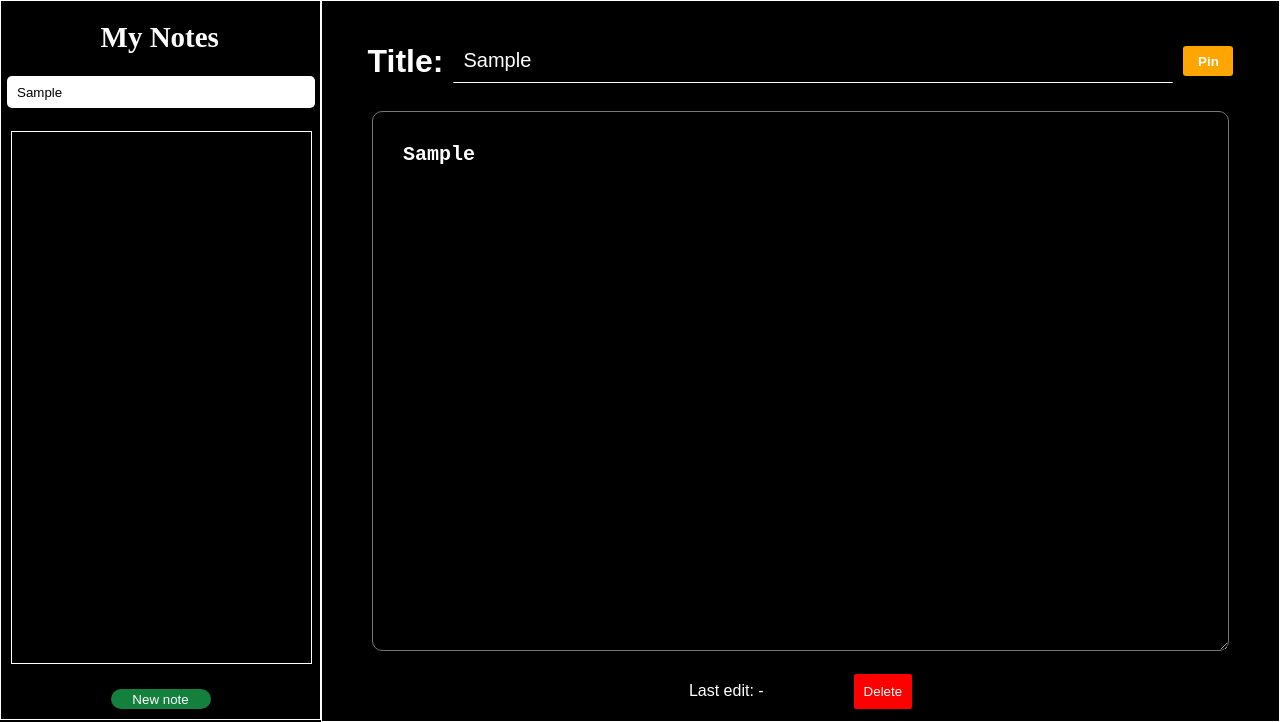
Repository: dmpelaez/myNotes
Page: QuickNotes.html
An editor plug-in stored every save of this project. The page is shown before and after the next save, followed by the edit.
The browser window is 1280 px wide. The pictures show the whole page.
Empty fields were first filled with sample values (such as "Sample", 5 or name@example.com).
After loading, the first visible `button.add-button` was clicked once.

Above is the page before, as saved 2025-12-19 01:34:29.
Console error: TypeError: Date.toLocaleString is not a constructor

After the next save:
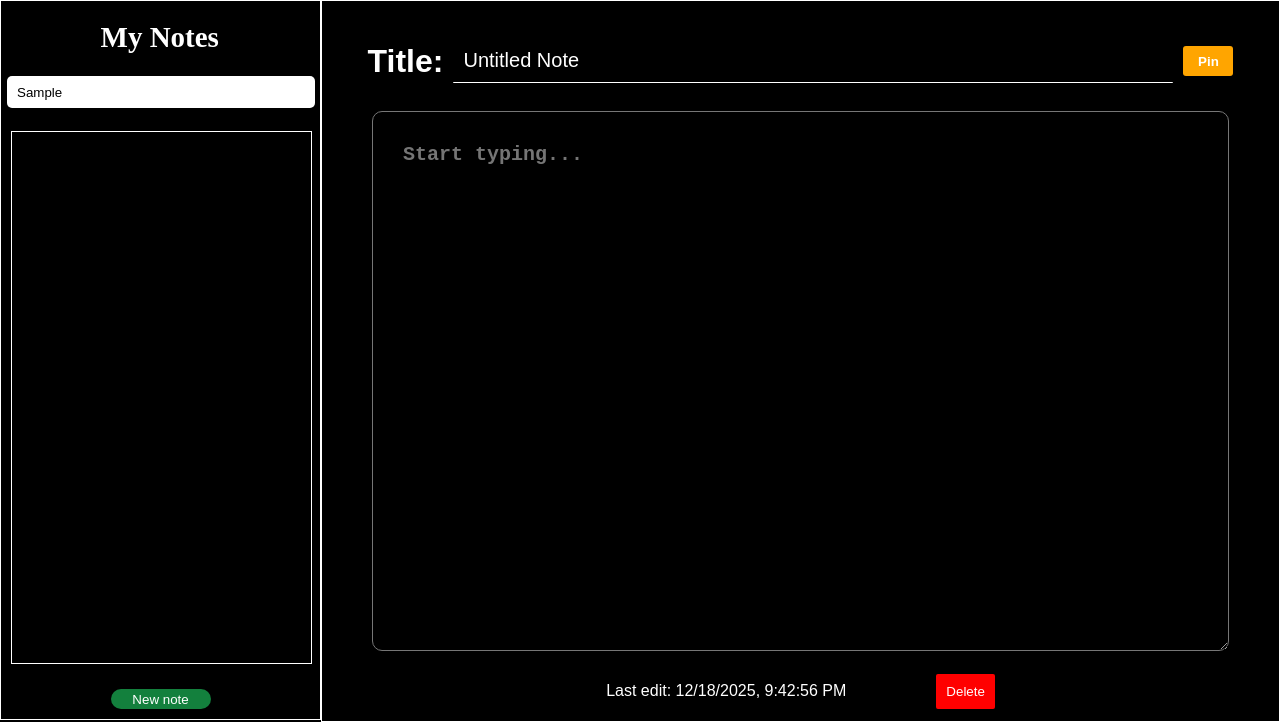
The error is gone.
Saved 3 min 55 s later.
--- a/QuickNote.js
+++ b/QuickNote.js
@@ -77,7 +77,7 @@ function addNote() {
     id: Date.now(),
     title: "",
     content: "",
-    date: new Date.toLocaleString(),
+    date: new Date().toLocaleString(),
     pinned: false
   };
   notes.unshift(newNote);
